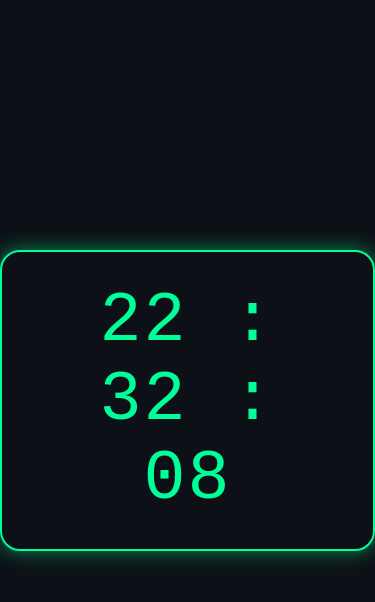
Repository: trunghau06/baiTapJs
Page: index.html
An editor plug-in stored every save of this project. The page is shown before and after the next save, followed by the edit.
The browser window is 375 px wide. The pictures show the whole page.

Above is the page before, as saved 2025-10-20 22:57:19.

### index.html
<!DOCTYPE html>
<html lang="en">
<head>
    <meta charset="UTF-8">
    <meta name="viewport" content="width=device-width, initial-scale=1.0">
    <link rel="stylesheet" href="style.css">
    <title>Document</title>
</head>
<body>
    <div class="showThoiGian">
        <span id="thoiGian"></span>
    </div>
    <script src="main.js"></script>
</body>
</html>

### style.css
body {
  margin: 0;
  height: 100vh;
  display: flex;
  justify-content: center;
  align-items: center;
  background: #0d1117;
  color: #00ff99;
  font-family: monospace;
}

.showThoiGian {
  font-size: 70px;
  letter-spacing: 2px;
  padding: 30px 60px;
  border: 2px solid #00ff99;
  border-radius: 20px;
  box-shadow: 0 0 20px rgba(0, 255, 153, 0.5);
  text-align: center;
}

### main.js
function showThoiGian() {
    let thoiGianHienTai = new Date();

    let gio  = thoiGianHienTai.getHours();
    let phut = thoiGianHienTai.getMinutes();
    let giay = thoiGianHienTai.getSeconds();

    gio  = formatNumber(gio);
    phut = formatNumber(phut);
    giay = formatNumber(giay);

    document.getElementById("thoiGian").textContent = gio + " : " + phut + " : " + giay;

    // setTimeout(showThoiGian, 1000);
}

function formatNumber(number) {
    return number < 10 ? "0" + number : String(number);
}

showThoiGian();

setInterval(showThoiGian, 1000);

After the next save:
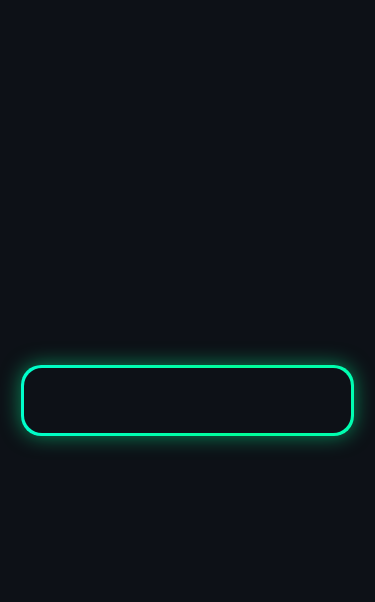
Saved 63 s later.
--- a/style.css
+++ b/style.css
@@ -1,3 +1,4 @@
+/* styles.css */
 body {
   margin: 0;
   height: 100vh;
@@ -9,12 +10,71 @@ body {
   font-family: monospace;
 }
 
+/* --- KHUNG ĐỒNG HỒ --- */
 .showThoiGian {
+  position: relative;
   font-size: 70px;
   letter-spacing: 2px;
   padding: 30px 60px;
-  border: 2px solid #00ff99;
   border-radius: 20px;
+  text-align: center;
+  color: #00ff99;
   box-shadow: 0 0 20px rgba(0, 255, 153, 0.5);
-  text-align: center;
+  overflow: hidden;
+  max-width: 90vw;
 }
+
+/* --- VIỀN CHẠY SÁNG --- */
+.showThoiGian::before {
+  content: "";
+  position: absolute;
+  top: -2px;
+  left: -2px;
+  right: -2px;
+  bottom: -2px;
+  background: linear-gradient(
+    90deg,
+    #00ff99,
+    #00ffff,
+    #00ff99,
+    #00ffff
+  );
+  background-size: 400% 400%;
+  border-radius: 20px;
+  z-index: -1;
+  animation: chayvien 3s linear infinite;
+}
+
+@keyframes chayvien {
+  0% { background-position: 0% 50%; }
+  50% { background-position: 100% 50%; }
+  100% { background-position: 0% 50%; }
+}
+
+/* --- NỀN BÊN TRONG --- */
+.showThoiGian::after {
+  content: "";
+  position: absolute;
+  inset: 3px;
+  background: #0d1117;
+  border-radius: 18px;
+  z-index: 0;
+}
+
+/* --- RESPONSIVE --- */
+
+/* Màn hình nhỏ hơn 768px (tablet & điện thoại ngang) */
+@media (max-width: 768px) {
+  .showThoiGian {
+    font-size: 50px;
+    padding: 20px 40px;
+  }
+}
+
+/* Màn hình nhỏ hơn 480px (điện thoại dọc) */
+@media (max-width: 480px) {
+  .showThoiGian {
+    font-size: 36px;
+    padding: 15px 25px;
+  }
+}
